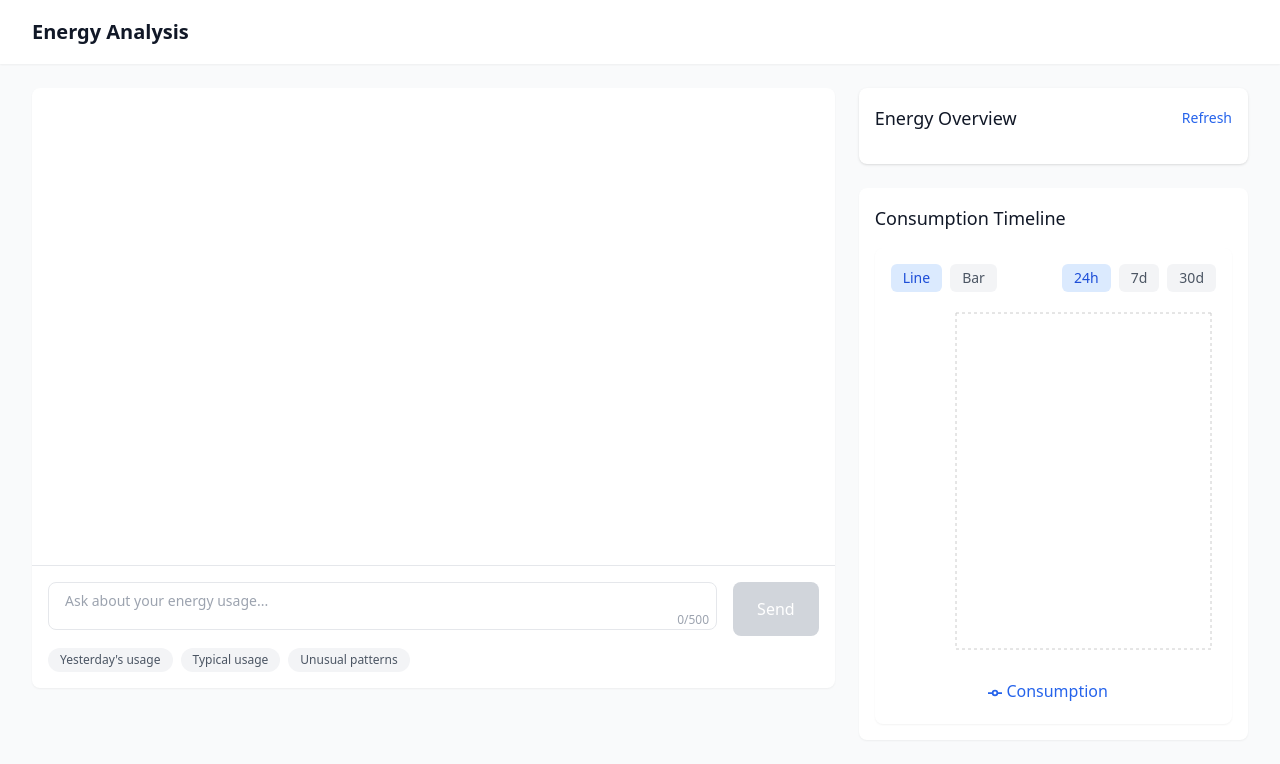
Repository: Albaraazain/energy-analysis-app
Page: /
An editor plug-in stored every save of this project. The page is shown before and after the next save, followed by the edit.
The browser window is 1280 px wide. The pictures show the whole page.
The project was rebuilt for these pictures with package versions that can differ from the ones it lists, and the page was loaded fresh each time. Also part of the build but not shown: src/components/visualization/visualizationRenderer.js, src/components/chat/Message.js, src/components/stats/EnergyStats.js.

Above is the page before, as saved 2024-10-30 18:54:27.

### src/App.js
import React from 'react';
import Layout from './components/Layout';
import { BrowserRouter as Router } from 'react-router-dom';

const App = () => {
  return (
    <Router>
      <Layout />
    </Router>
  );
};

export default App;

### src/components/Layout.js
import React from 'react';
import { Routes, Route } from 'react-router-dom';
import Navbar from './Navbar';
import EnergyDashboard from '../pages/EnergyDashboard';

const Layout = () => {
  return (
    <div className="min-h-screen bg-gray-50">
      <Navbar />
      <div className="max-w-7xl mx-auto px-4 sm:px-6 lg:px-8 py-6">
        <Routes>
          <Route path="/" element={<EnergyDashboard />} />
        </Routes>
      </div>
    </div>
  );
};

export default Layout;

### src/components/Navbar.js
import React from 'react';
import { Link } from 'react-router-dom';

const Navbar = () => {
  return (
    <nav className="bg-white shadow-sm">
      <div className="max-w-7xl mx-auto px-4 sm:px-6 lg:px-8">
        <div className="flex justify-between h-16">
          <div className="flex">
            <Link to="/" className="flex items-center">
              <span className="text-xl font-semibold text-gray-900">
                Energy Analysis
              </span>
            </Link>
          </div>
        </div>
      </div>
    </nav>
  );
};

export default Navbar;

### src/components/chat/chatInterface.js

import React, { useState, useRef, useEffect } from 'react';
import { Card } from '../ui/card';import MessageList from './MessageList';
import InputArea from './InputArea';
import useQueryParser from '../../hooks/useQuesryParser';
import useConsumptionAnalysis from '../../hooks/useConsumptionAnalysis';
import useResponseGenerator from '../../hooks/useResponseGenerator';

const ChatInterface = ({ energyData }) => {
  const [messages, setMessages] = useState([]);
  const [isProcessing, setIsProcessing] = useState(false);
  const chatEndRef = useRef(null);

  const { parseQuery, queryResult } = useQueryParser();
  const { analysis, isAnalyzing } = useConsumptionAnalysis(energyData, queryResult?.timeRange);
  const { generateResponse } = useResponseGenerator(analysis, queryResult?.type);

  // Auto-scroll to bottom when new messages arrive
  useEffect(() => {
    chatEndRef.current?.scrollIntoView({ behavior: 'smooth' });
  }, [messages]);

  const handleNewMessage = async (message) => {
    // Add user message
    const userMessage = {
      id: Date.now(),
      type: 'user',
      content: message,
      timestamp: new Date()
    };

    setMessages(prev => [...prev, userMessage]);
    setIsProcessing(true);

    try {
      // Parse query and generate response
      const parsedQuery = await parseQuery(message);

      if (!parsedQuery) {
        throw new Error('Could not understand the query');
      }

      // Wait for analysis
      if (!analysis || isAnalyzing) {
        await new Promise(resolve => setTimeout(resolve, 1000)); // Give time for analysis
      }

      // Generate response
      const response = generateResponse();

      // Add system response
      const systemMessage = {
        id: Date.now(),
        type: 'system',
        content: response.text,
        visualizations: response.visualizations,
        timestamp: new Date()
      };

      setMessages(prev => [...prev, systemMessage]);

    } catch (error) {
      // Add error message
      const errorMessage = {
        id: Date.now(),
        type: 'system',
        content: "I'm sorry, I couldn't process that request. Could you rephrase it?",
        isError: true,
        timestamp: new Date()
      };

      setMessages(prev => [...prev, errorMessage]);
    } finally {
      setIsProcessing(false);
    }
  };

  return (
    <Card className="h-[600px] flex flex-col">
      <div className="flex-1 overflow-y-auto p-4">
        <MessageList messages={messages} />
        <div ref={chatEndRef} />
      </div>
      <InputArea
        onSubmit={handleNewMessage}
        isProcessing={isProcessing}
      />
    </Card>
  );
};

export default ChatInterface;

### src/components/visualization/VisualizationContainer.js

import React from 'react';

import EnergyChart from '../charts/EnergyChart';
import EnergyStats from '../stats/EnergyStats';
import useEnergyData from '../../hooks/useEnergyData';

import { Card } from '../ui/card';

const VisualizationContainer = () => {
  const {
    data,
    isLoading,
    error,
    stats,
    refreshData
  } = useEnergyData('energy_data.csv');

  return (
    <div className="space-y-6">
      {/* Stats Section */}
      <div className="bg-white rounded-lg shadow">
        <div className="p-4">
          <div className="flex justify-between items-center mb-4">
            <h3 className="text-lg font-medium text-gray-900">
              Energy Overview
            </h3>
            <button
              onClick={refreshData}
              className="text-sm text-blue-600 hover:text-blue-500"
              disabled={isLoading}
            >
              Refresh
            </button>
          </div>
          <EnergyStats data={data} />
        </div>
      </div>

      {/* Chart Section */}
      <Card>
        <div className="p-4">
          <h3 className="text-lg font-medium text-gray-900 mb-4">
            Consumption Timeline
          </h3>
          <EnergyChart
            data={data}
            isLoading={isLoading}
            error={error}
          />
        </div>
      </Card>

      {/* Data Quality Indicators */}
      {stats && (stats.hasGaps || stats.hasAnomalies) && (
        <div className="bg-yellow-50 border-l-4 border-yellow-400 p-4">
          <div className="flex">
            <div className="flex-shrink-0">
              <svg className="h-5 w-5 text-yellow-400" viewBox="0 0 20 20" fill="currentColor">
                <path fillRule="evenodd" d="M8.257 3.099c.765-1.36 2.722-1.36 3.486 0l5.58 9.92c.75 1.334-.213 2.98-1.742 2.98H4.42c-1.53 0-2.493-1.646-1.743-2.98l5.58-9.92zM11 13a1 1 0 11-2 0 1 1 0 012 0zm-1-8a1 1 0 00-1 1v3a1 1 0 002 0V6a1 1 0 00-1-1z" clipRule="evenodd" />
              </svg>
            </div>
            <div className="ml-3">
              <h3 className="text-sm font-medium text-yellow-800">
                Data Quality Notice
              </h3>
              <div className="mt-2 text-sm text-yellow-700">
                {stats.hasGaps && (
                  <p>Some data points may be missing from the timeline.</p>
                )}
                {stats.hasAnomalies && (
                  <p>Unusual consumption patterns detected in the data.</p>
                )}
              </div>
            </div>
          </div>
        </div>
      )}
    </div>
  );
};

export default VisualizationContainer;

### src/components/ui/card.js

import React from 'react';

export const Card = ({ children, className = '', ...props }) => {
  return (
    <div
      className={`bg-white shadow-sm rounded-lg ${className}`}
      {...props}
    >
      {children}
    </div>
  );
};

export const CardHeader = ({ children, className = '', ...props }) => {
  return (
    <div className={`px-4 py-5 border-b border-gray-200 ${className}`} {...props}>
      {children}
    </div>
  );
};

export const CardContent = ({ children, className = '', ...props }) => {
  return (
    <div className={`px-4 py-5 ${className}`} {...props}>
      {children}
    </div>
  );
};

export const CardTitle = ({ children, className = '', ...props }) => {
  return (
    <h3 className={`text-lg font-medium leading-6 text-gray-900 ${className}`} {...props}>
      {children}
    </h3>
  );
};

export const CardDescription = ({ children, className = '', ...props }) => {
  return (
    <p className={`mt-1 text-sm text-gray-500 ${className}`} {...props}>
      {children}
    </p>
  );
};

### src/components/chat/MessageList.js

import React from 'react';
import Message from './Message';

const MessageList = ({ messages }) => {
  return (
    <div className="space-y-4">
      {messages.map((message) => (
        <Message key={message.id} message={message} />
      ))}
    </div>
  );
};

export default MessageList;

### src/hooks/useQuesryParser.js

import { useState, useCallback } from 'react';
import { QueryParser, QUERY_TYPES } from '../utils/quesry-parser';

const queryParser = new QueryParser();

const useQueryParser = () => {
  const [queryResult, setQueryResult] = useState(null);
  const [isProcessing, setIsProcessing] = useState(false);
  const [error, setError] = useState(null);

  const parseQuery = useCallback((query) => {
    setIsProcessing(true);
    setError(null);

    try {
      // Parse the query
      const result = queryParser.parseQuery(query);

      // Validate the result
      if (result.confidence < 0.4) { // Less than 40% confidence
        setError({
          type: 'low_confidence',
          message: 'I\'m not sure I understood that correctly. Could you rephrase your question?'
        });
        setQueryResult(null);
        return null;
      }

      setQueryResult(result);
      return result;

    } catch (err) {
      setError({
        type: 'parsing_error',
        message: 'Sorry, I had trouble understanding that query.'
      });
      setQueryResult(null);
      return null;
    } finally {
      setIsProcessing(false);
    }
  }, []);

  const getQueryDescription = useCallback((result) => {
    if (!result) return '';

    const timeRange = result.timeRange;
    const startDate = timeRange.start.toLocaleDateString();
    const endDate = timeRange.end.toLocaleDateString();

    switch (result.type) {
      case QUERY_TYPES.USAGE_INQUIRY:
        return `Checking energy usage from ${startDate} to ${endDate}`;

      case QUERY_TYPES.COMPARISON:
        return `Comparing energy usage for period ${startDate} to ${endDate}`;

      case QUERY_TYPES.PATTERN:
        return `Analyzing usage patterns from ${startDate} to ${endDate}`;

      case QUERY_TYPES.ANOMALY:
        return `Looking for unusual consumption patterns between ${startDate} and ${endDate}`;

      default:
        return `Analyzing energy data from ${startDate} to ${endDate}`;
    }
  }, []);

  const getSuggestedQueries = useCallback((error) => {
    if (error?.type === 'low_confidence') {
      return [
        "How much energy did I use yesterday?",
        "Was my usage higher than normal last week?",
        "What's my typical daily consumption?",
        "Any unusual usage patterns this month?"
      ];
    }
    return [];
  }, []);

  return {
    parseQuery,
    queryResult,
    isProcessing,
    error,
    getQueryDescription,
    getSuggestedQueries
  };
};

export default useQueryParser;

### src/hooks/useEnergyData.js
import { useState, useEffect } from 'react';
import dataLoader from '../utils/data-loader';

const useEnergyData = (fileName) => {
  const [data, setData] = useState([]);
  const [isLoading, setIsLoading] = useState(true);
  const [error, setError] = useState(null);
  const [stats, setStats] = useState({
    totalReadings: 0,
    dateRange: { start: null, end: null },
    hasGaps: false,
    hasAnomalies: false
  });

  useEffect(() => {
    let mounted = true;

    const loadData = async () => {
      try {
        setIsLoading(true);
        setError(null);

        const energyData = await dataLoader.loadCsvData(fileName);

        if (!mounted) return;

        setData(energyData);

        // Calculate basic stats
        setStats({
          totalReadings: energyData.length,
          dateRange: {
            start: energyData[0]?.timestamp,
            end: energyData[energyData.length - 1]?.timestamp
          },
          hasGaps: energyData.some(d => d.gap),
          hasAnomalies: energyData.some(d => d.anomaly)
        });

      } catch (err) {
        if (!mounted) return;
        setError(err.message);
        setData([]);
      } finally {
        if (mounted) {
          setIsLoading(false);
        }
      }
    };

    loadData();

    return () => {
      mounted = false;
    };
  }, [fileName]);

  // Refresh data manually
  const refreshData = async () => {
    dataLoader.clearCache();
    setIsLoading(true);
    try {
      const freshData = await dataLoader.loadCsvData(fileName);
      setData(freshData);
      setError(null);
    } catch (err) {
      setError(err.message);
    } finally {
      setIsLoading(false);
    }
  };

  return {
    data,
    isLoading,
    error,
    stats,
    refreshData
  };
};

export default useEnergyData;

### src/utils/data-types.js
// Data Types and Structures:

// Energy reading format
// Time range structure
// Message structure for chat
// Analysis result structure
// Data validation functions
// Data aggregation helpers

// Energy reading data structure
export const createEnergyReading = (timestamp, consumption) => {
    return {
      timestamp: new Date(timestamp),
      consumption: Number(consumption)
    };
  };

  // Time range structure
  export const createTimeRange = (start, end) => {
    return {
      start: new Date(start),
      end: new Date(end)
    };
  };

  // Message structure for chat
  export const createMessage = (content, type = 'user') => {
    return {
      id: Date.now().toString(),
      content,
      type, // 'user' or 'system'
      timestamp: new Date(),
      metadata: {} // For additional data like analysis results
    };
  };

  // Analysis result structure
  export const createAnalysisResult = (timeRange, data) => {
    return {
      timeRange,
      actualConsumption: data.reduce((sum, reading) => sum + reading.consumption, 0),
      averageHourly: data.reduce((sum, reading) => sum + reading.consumption, 0) / data.length,
      readings: data,
      summary: null  // Will be filled by analysis engine
    };
  };

  // Validation functions
  export const isValidEnergyReading = (reading) => {
    return (
      reading &&
      reading.timestamp instanceof Date &&
      !isNaN(reading.timestamp) &&
      typeof reading.consumption === 'number' &&
      !isNaN(reading.consumption) &&
      reading.consumption >= 0
    );
  };

  export const isValidTimeRange = (range) => {
    return (
      range &&
      range.start instanceof Date &&
      range.end instanceof Date &&
      !isNaN(range.start) &&
      !isNaN(range.end) &&
      range.start <= range.end
    );
  };

  // Helper function to validate and clean data
  export const cleanEnergyData = (rawData) => {
    return rawData
      .map(row => {
        try {
          const reading = createEnergyReading(row.timestamp, row.consumption);
          return isValidEnergyReading(reading) ? reading : null;
        } catch (error) {
          console.error('Error cleaning data row:', error);
          return null;
        }
      })
      .filter(reading => reading !== null);
  };

  // Data aggregation helpers
  export const aggregateReadings = (readings, interval = 'hour') => {
    const grouped = readings.reduce((acc, reading) => {
      let key;
      const date = reading.timestamp;

      switch (interval) {
        case 'hour':
          key = new Date(date.getFullYear(), date.getMonth(), date.getDate(), date.getHours()).getTime();
          break;
        case 'day':
          key = new Date(date.getFullYear(), date.getMonth(), date.getDate()).getTime();
          break;
        default:
          key = date.getTime();
      }

      if (!acc[key]) {
        acc[key] = {
          timestamp: new Date(key),
          readings: [],
          total: 0,
          count: 0
        };
      }

      acc[key].readings.push(reading);
      acc[key].total += reading.consumption;
      acc[key].count += 1;

      return acc;
    }, {});

    return Object.values(grouped).map(group => ({
      timestamp: group.timestamp,
      consumption: group.total / group.count
    }));
  };

Loaded but not shown: public/index.html (common file); src/index.js (common file); src/index.css (common file); tailwind.config.js (common file); src/utils/responseGenerator.js (192 lines, source omitted); src/utils/consumptionAnalyzer.js (213 lines, source omitted); src/components/charts/EnergyChart.js (190 lines, source omitted); src/utils/quesry-parser.js (170 lines, source omitted); src/utils/data-loader.js (158 lines, source omitted); src/components/chat/InputArea.js (129 lines, source omitted); src/utils/data-utils.js (140 lines, source omitted); src/context/EnergyAnalysisContext.js (159 lines, source omitted); src/hooks/useConsumptionAnalysis.js (122 lines, source omitted); src/pages/EnergyDashboard.js (108 lines, source omitted); src/hooks/useResponseGenerator.js (120 lines, source omitted)

After the next save:
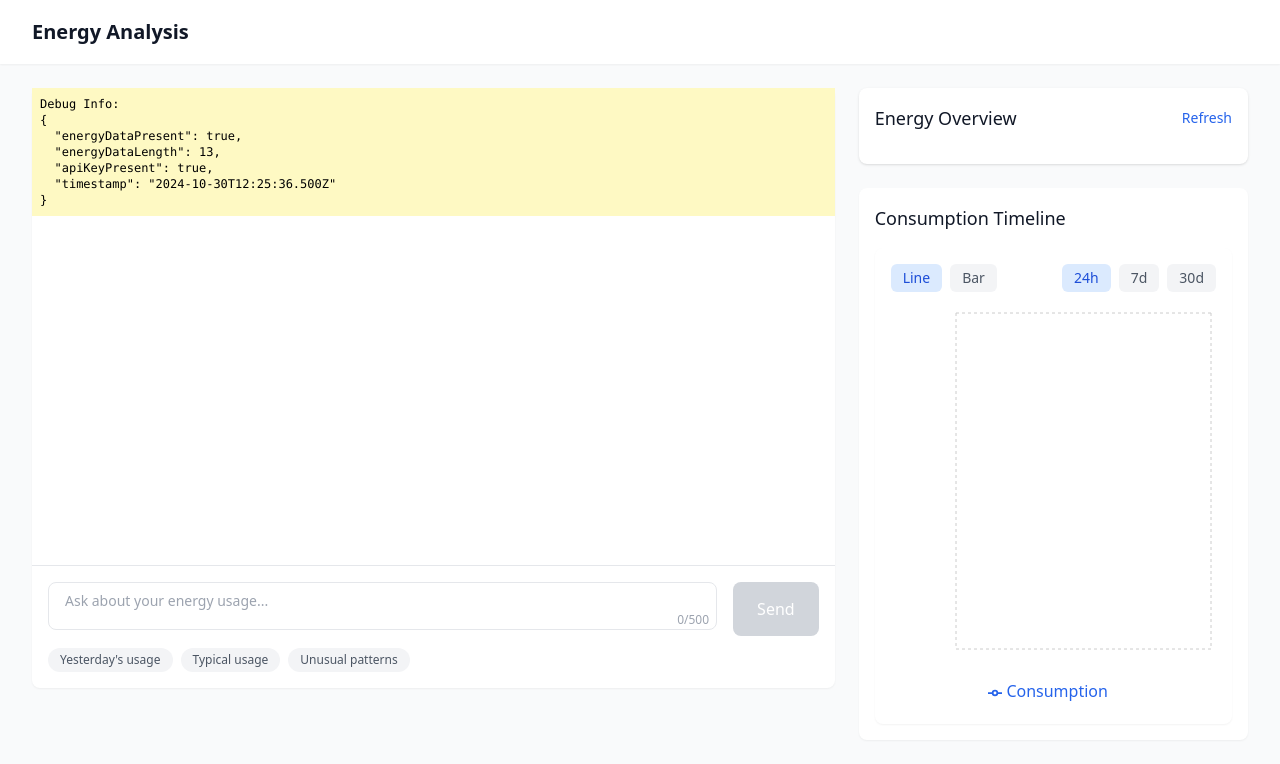
Saved 3 min 48 s later.
--- a/src/components/chat/chatInterface.js
+++ b/src/components/chat/chatInterface.js
@@ -1,26 +1,53 @@
+import React, { useState, useRef, useEffect } from 'react';
+import { Card } from '@/components/ui/card';
+import MessageList from './MessageList';
+import InputArea from './InputArea';
 
-import React, { useState, useRef, useEffect } from 'react';
-import { Card } from '../ui/card';import MessageList from './MessageList';
-import InputArea from './InputArea';
-import useQueryParser from '../../hooks/useQuesryParser';
-import useConsumptionAnalysis from '../../hooks/useConsumptionAnalysis';
-import useResponseGenerator from '../../hooks/useResponseGenerator';
+// Force debug logs regardless of environment
+const debugLog = (...args) => {
+  console.log('%c[ChatDebug]', 'background: #ffd700; color: black; padding: 2px 4px; border-radius: 2px;', ...args);
+};
 
 const ChatInterface = ({ energyData }) => {
   const [messages, setMessages] = useState([]);
   const [isProcessing, setIsProcessing] = useState(false);
+  const [debugInfo, setDebugInfo] = useState({});
   const chatEndRef = useRef(null);
 
-  const { parseQuery, queryResult } = useQueryParser();
-  const { analysis, isAnalyzing } = useConsumptionAnalysis(energyData, queryResult?.timeRange);
-  const { generateResponse } = useResponseGenerator(analysis, queryResult?.type);
+  // Immediately log initial state
+  useEffect(() => {
+    console.log('=== CHAT INTERFACE MOUNTED ===');
+    console.log('Energy Data:', energyData);
+    console.log('GROQ API Key present:', !!process.env.NEXT_PUBLIC_GROQ_API_KEY);
 
-  // Auto-scroll to bottom when new messages arrive
+    setDebugInfo({
+      energyDataPresent: !!energyData,
+      energyDataLength: energyData?.length || 0,
+      apiKeyPresent: !!process.env.NEXT_PUBLIC_GROQ_API_KEY,
+      timestamp: new Date().toISOString()
+    });
+  }, [energyData]);
+
   useEffect(() => {
     chatEndRef.current?.scrollIntoView({ behavior: 'smooth' });
   }, [messages]);
 
   const handleNewMessage = async (message) => {
+    console.log('=== NEW MESSAGE RECEIVED ===');
+    console.log('Message:', message);
+    console.log('Current State:', {
+      messagesCount: messages.length,
+      isProcessing,
+      energyDataPresent: !!energyData
+    });
+
+    // Update debug info
+    setDebugInfo(prev => ({
+      ...prev,
+      lastMessage: message,
+      lastMessageTime: new Date().toISOString()
+    }));
+
     // Add user message
     const userMessage = {
       id: Date.now(),
@@ -33,43 +60,81 @@ const ChatInterface = ({ energyData }) => {
     setIsProcessing(true);
 
     try {
-      // Parse query and generate response
-      const parsedQuery = await parseQuery(message);
-
-      if (!parsedQuery) {
-        throw new Error('Could not understand the query');
+      // First, let's validate our setup
+      if (!process.env.NEXT_PUBLIC_GROQ_API_KEY) {
+        throw new Error('GROQ API key is not configured');
       }
 
-      // Wait for analysis
-      if (!analysis || isAnalyzing) {
-        await new Promise(resolve => setTimeout(resolve, 1000)); // Give time for analysis
+      if (!energyData || !Array.isArray(energyData)) {
+        throw new Error('Energy data is not properly configured');
       }
 
-      // Generate response
-      const response = generateResponse();
+      console.log('=== PREPARING GROQ REQUEST ===');
+      const { default: Groq } = await import('groq-sdk');
+
+      // Initialize Groq
+      const groq = new Groq({
+        apiKey: process.env.NEXT_PUBLIC_GROQ_API_KEY
+      });
+
+      console.log('Groq SDK initialized');
+
+      // Create a simple response first to test the connection
+      const response = await groq.chat.completions.create({
+        messages: [
+          {
+            role: "system",
+            content: "You are a helpful energy analysis assistant."
+          },
+          {
+            role: "user",
+            content: message
+          }
+        ],
+        model: "mixtral-8x7b-32768",
+        temperature: 0.7,
+        max_tokens: 1000
+      });
+
+      console.log('=== GROQ RESPONSE RECEIVED ===');
+      console.log('Response:', response);
 
       // Add system response
       const systemMessage = {
         id: Date.now(),
         type: 'system',
-        content: response.text,
-        visualizations: response.visualizations,
+        content: response.choices[0].message.content,
         timestamp: new Date()
       };
 
       setMessages(prev => [...prev, systemMessage]);
 
     } catch (error) {
+      console.error('=== ERROR IN CHAT INTERFACE ===');
+      console.error('Error details:', {
+        message: error.message,
+        stack: error.stack,
+        type: error.constructor.name
+      });
+
       // Add error message
       const errorMessage = {
         id: Date.now(),
         type: 'system',
-        content: "I'm sorry, I couldn't process that request. Could you rephrase it?",
+        content: `Error: ${error.message}`,
         isError: true,
         timestamp: new Date()
       };
 
       setMessages(prev => [...prev, errorMessage]);
+
+      // Update debug info with error
+      setDebugInfo(prev => ({
+        ...prev,
+        lastError: error.message,
+        errorTime: new Date().toISOString()
+      }));
+
     } finally {
       setIsProcessing(false);
     }
@@ -77,10 +142,19 @@ const ChatInterface = ({ energyData }) => {
 
   return (
     <Card className="h-[600px] flex flex-col">
+      {/* Debug Panel */}
+      <div className="bg-yellow-100 p-2 text-xs font-mono">
+        <div>Debug Info:</div>
+        <pre className="whitespace-pre-wrap">
+          {JSON.stringify(debugInfo, null, 2)}
+        </pre>
+      </div>
+
       <div className="flex-1 overflow-y-auto p-4">
         <MessageList messages={messages} />
         <div ref={chatEndRef} />
       </div>
+
       <InputArea
         onSubmit={handleNewMessage}
         isProcessing={isProcessing}
